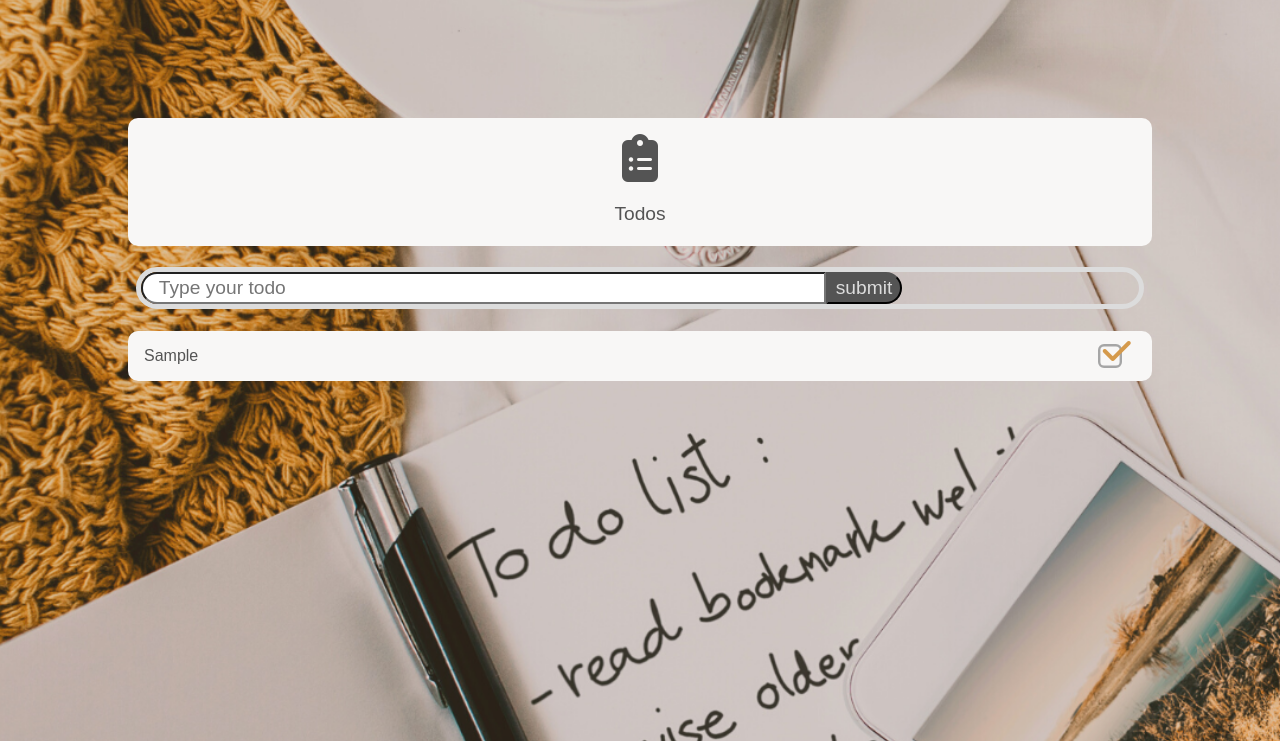
Repository: ShindanoSingi/My-Channel-Videos
Page: index.html
These files come from the project's save history. The page is drawn as it stood at one moment and after the next save; the edit follows.
The browser window is 1280 px wide. The pictures show the whole page.
Empty fields were first filled with sample values (such as "Sample", 5 or name@example.com).
After loading, the first visible `#submit-button` was clicked once.
Some web libraries are served in a nearby version.

Above is the page before, as saved 2023-07-18 23:01:12.

After the next save:
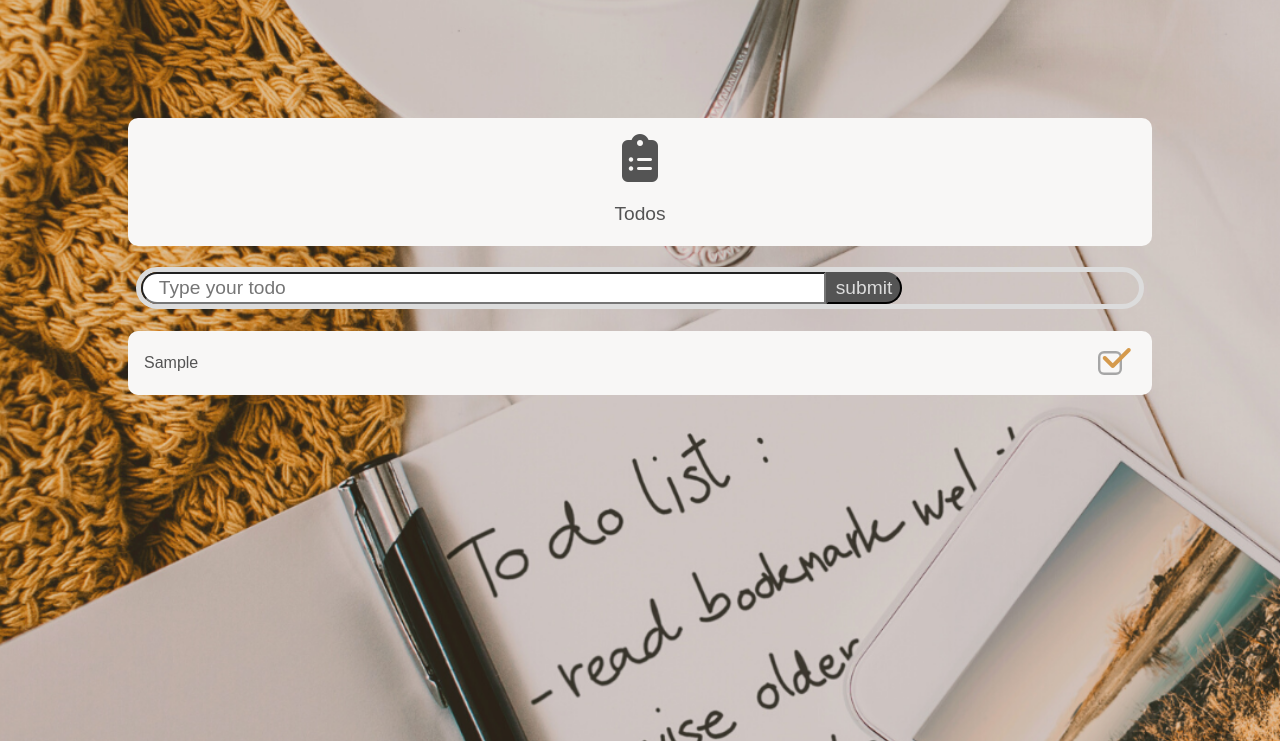
Saved 9 s later.
--- a/style.css
+++ b/style.css
@@ -117,7 +117,7 @@ div.text{
 
 .div-checkbox-container{
     width: 100%;
-
+    height: 4rem;
     display: flex;
     justify-content: space-between;
     align-items: center;
